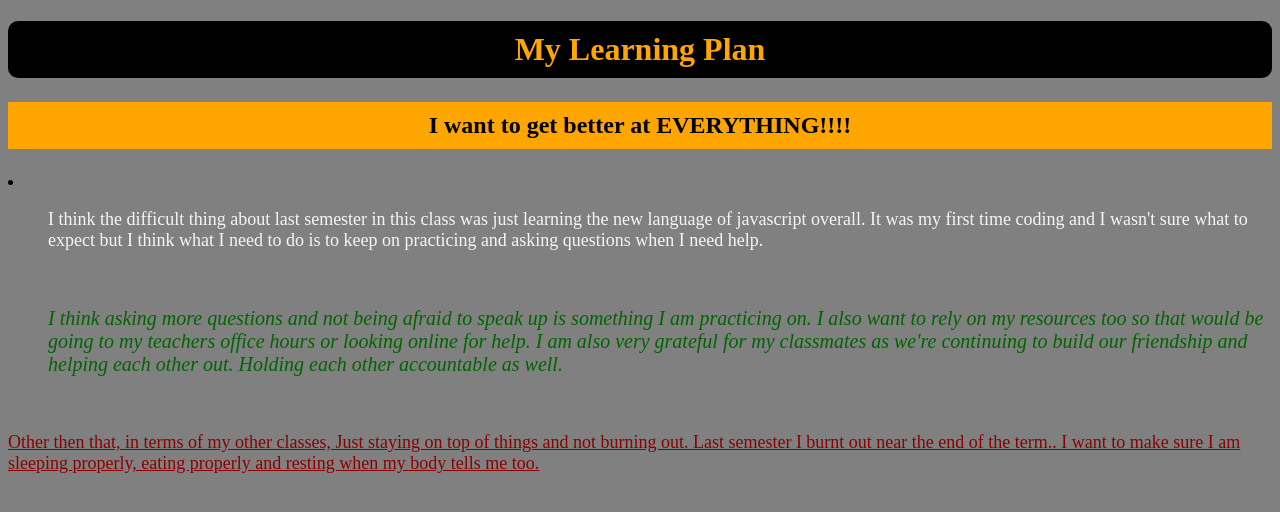
Repository: boofoo-png/mdia-2109
Page: Lab 3/learning-plan.html
These files come from the project's save history. The page is drawn as it stood at one moment and after a run of saves; the edit follows.
The browser window is 1280 px wide. The pictures show the whole page.

Above is the page before, as saved 2026-02-02 11:19:43.

After the next 3 saves:
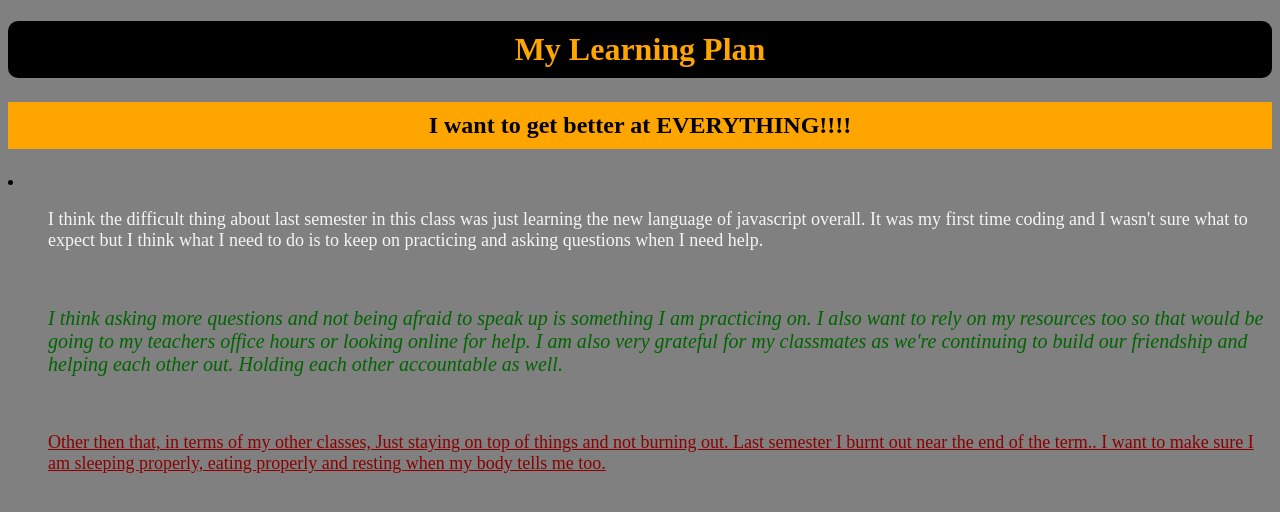
The 3 saves are shown as one change because they came seconds apart.
The last was saved 14 s later.
--- a/Lab 3/learning-plan.html
+++ b/Lab 3/learning-plan.html
@@ -32,12 +32,15 @@
                 </p>
             </ol>
             <br />
-            <p class="ending">
-                Other then that, in terms of my other classes, Just staying on
-                top of things and not burning out. Last semester I burnt out
-                near the end of the term.. I want to make sure I am sleeping
-                properly, eating properly and resting when my body tells me too.
-            </p>
+            <ol>
+                <p class="ending">
+                    Other then that, in terms of my other classes, Just staying
+                    on top of things and not burning out. Last semester I burnt
+                    out near the end of the term.. I want to make sure I am
+                    sleeping properly, eating properly and resting when my body
+                    tells me too.
+                </p>
+            </ol>
         </li>
     </body>
 </html>
